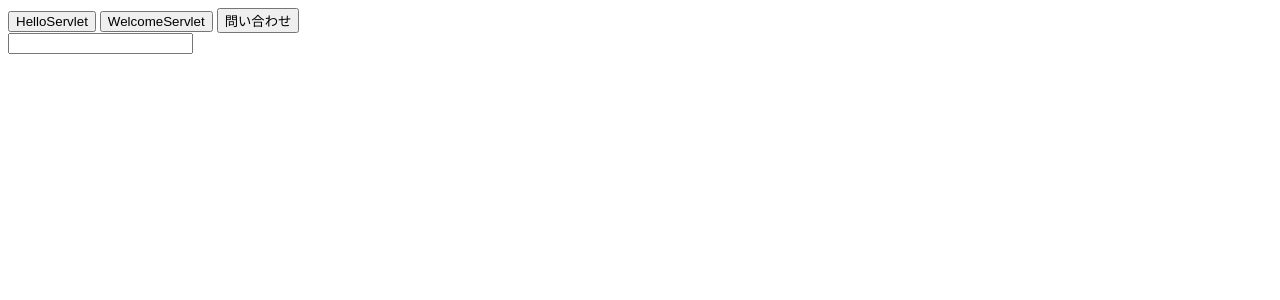
Repository: take00/test01
Page: http://localhost/HelloServlet/
These files come from the project's save history. The page is drawn as it stood at one moment and after the next save; the edit follows.
The browser window is 1280 px wide. The pictures show the whole page.
The page is served by Tomcat 9. Other server files are loaded and not shown.

Above is the page before, as saved 2019-01-07 12:17:18.

### HelloServlet/WebContent/index.jsp
<%@ page language="java" contentType="text/html; charset=UTF-8"
    pageEncoding="UTF-8"%>
<!DOCTYPE html>
<html>
<head>
<meta charset="UTF-8">
<title>HelloServlet</title>
</head>
<body>
<input type="button" value="HelloServlet" onClick="location.href='HelloServlet'">
<input type="button" value="WelcomeServlet" onClick="location.href='welcome.jsp'">
<input type="button" value="問い合わせ" onClick="location.href='inquiry.jsp'">

<form method="get" action="TestServlet">
<input type="text" name="username">
</form>
</body>
</html>

After the next save:
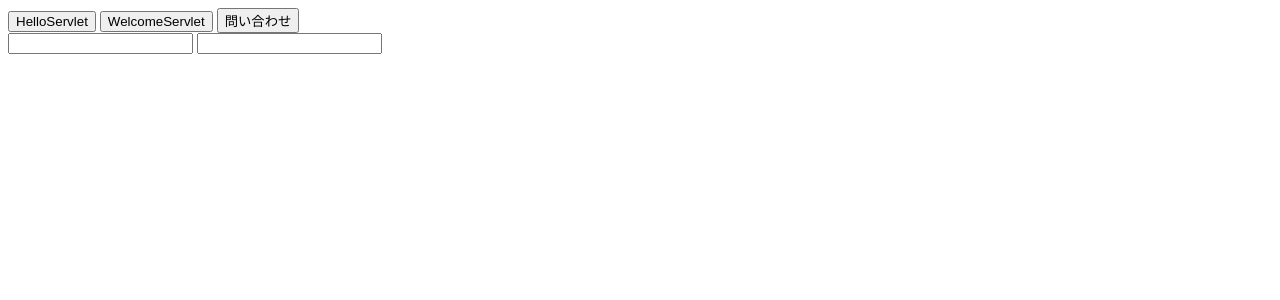
Saved 104 s later.
--- a/HelloServlet/WebContent/index.jsp
+++ b/HelloServlet/WebContent/index.jsp
@@ -13,6 +13,7 @@
 
 <form method="get" action="TestServlet">
 <input type="text" name="username">
+<input type="password"name=
 </form>
 </body>
 </html>
